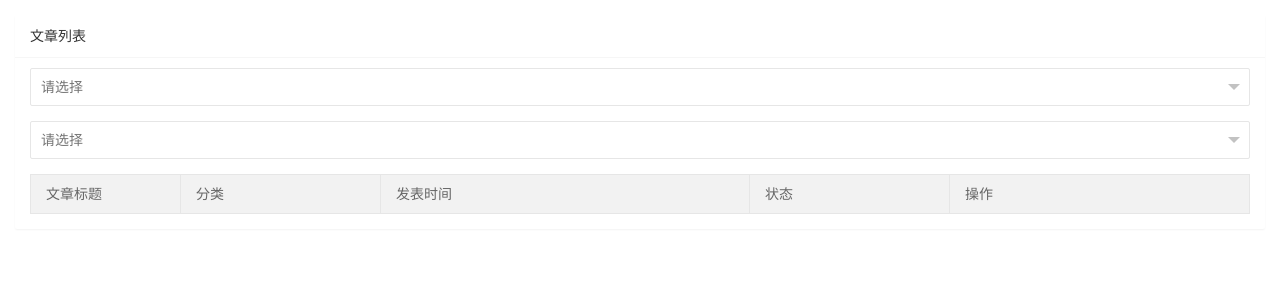
Repository: xxsleep/-
Page: home/article/art_list.html
These files come from the project's save history. The page is drawn as it stood at one moment and after the next save; the edit follows.
The browser window is 1280 px wide. The pictures show the whole page.
The page's requests for data from a server got no answer.

Above is the page before, as saved 2020-11-28 10:11:10.
Console error: TypeError: Cannot read properties of undefined (reading 'status')

### home/article/art_list.html
<!DOCTYPE html>
<html lang="en">

<head>
    <meta charset="UTF-8">
    <meta name="viewport" content="width=device-width, initial-scale=1.0">
    <title>Document</title>
    <link rel="stylesheet" href="/assets/lib/layui/css/layui.css">
    <link rel="stylesheet" href="/assets/css/article/art_list.css">
</head>

<body>
    <div class="layui-card">
        <div class="layui-card-header">文章列表</div>
        <div class="layui-card-body">
            <form class="layui-form" action="">
                <div class="layui-form-item">
                    <select name="city" lay-verify="required">
                        <option value=""></option>
                        <option value="0">北京</option>
                        <option value="1">上海</option>
                        <option value="2">广州</option>
                        <option value="3">深圳</option>
                        <option value="4">杭州</option>
                    </select>
                </div>
                <div class="layui-form-item">
                    <select name="city" lay-verify="required">
                        <option value=""></option>
                        <option value="0">北京</option>
                        <option value="1">上海</option>
                        <option value="2">广州</option>
                        <option value="3">深圳</option>
                        <option value="4">杭州</option>
                    </select>
                </div>
            </form>
            <table class="layui-table">
                <colgroup>
                    <col width="150">
                    <col width="200">
                    <col>
                    <col width="200">
                    <col width="300">
                </colgroup>
                <thead>
                    <tr>
                        <th>文章标题</th>
                        <th>分类</th>
                        <th>发表时间</th>
                        <th>状态</th>
                        <th>操作</th>
                    </tr>
                </thead>
                <tbody>
                    <!-- <tr>
                        <td>贤心</td>
                        <td>2016-11-29</td>
                        <td>人生就像是一场修行</td>
                        <td>人生就像是一场修行</td>
                        <td></td>
                    </tr> -->

                </tbody>
            </table>
        </div>
    </div>

    <script type="text/html" id="trTpl">
        {{each data v i}}
        <tr>
            <td>{{v.title}}</td>
            <td>{{v.cate_name}}</td>
            <td>{{v.pub_date}}</td>
            <td>{{v.state}}</td>
            <td>
                <button type="button" class="layui-btn layui-btn-xs">编辑</button>
                <button type="button" class="layui-btn layui-btn-danger layui-btn-xs">删除</button>
            </td>
        </tr>
        {{/each}}
    </script>

    <script src="/assets/lib/jquery.js"></script>
    <script src="/assets/lib/layui/layui.all.js"></script>
    <script src="/assets/lib/template-web.js"></script>
    <script src="/assets/js/ajaxBase.js"></script>
    <script src="/assets/js/article/art_list.js"></script>
</body>

</html>

### assets/css/article/art_list.css
* {
    margin: 0;
    padding: 0;
}

body {
    padding: 15px;
}

### assets/js/ajaxBase.js
$.ajaxPrefilter(function (options) {
    options.url = "http://ajax.frontend.itheima.net" + options.url;

    if (options.url.indexOf("/my/") !== -1) {
        options.headers = {
            Authorization: localStorage.getItem("token"),
        };
    }

    options.complete = function (xhr) {
        if (xhr.responseJSON.status === 1 && xhr.responseJSON.message === '身份认证失败') {
            localStorage.removeItem('token')
            location.href = '/home/login.html'
        }
    }





});

### assets/js/article/art_list.js
$(function () {
    let form = layui.form
    let layer = layui.layer

    // getList()
    let query = {
        pagenum: 1, // 页码值, 默认加载第一页的数据
        pagesize: 2, // 每页显示多少条数据
        cate_id: "", // 文章分类的 Id
        state: "", // 文章的状态，可选值有：已发布、草稿
    };

    // function getList() {
    $.ajax({
        url: '/my/article/list',
        data: query,
        success: function (res) {
            console.log(res);
            console.log(template('trTpl', res));
            $('tbody').html(template('trTpl', res))
        }
    })
    // }

})

Loaded but not shown: assets/lib/layui/css/layui.css (library); assets/lib/jquery.js (library); assets/lib/layui/layui.all.js (library); assets/lib/template-web.js (library); assets/lib/layui/css/modules/laydate/default/laydate.css (library); assets/lib/layui/css/modules/layer/default/layer.css (library); assets/lib/layui/css/modules/code.css (common file)

After the next save:
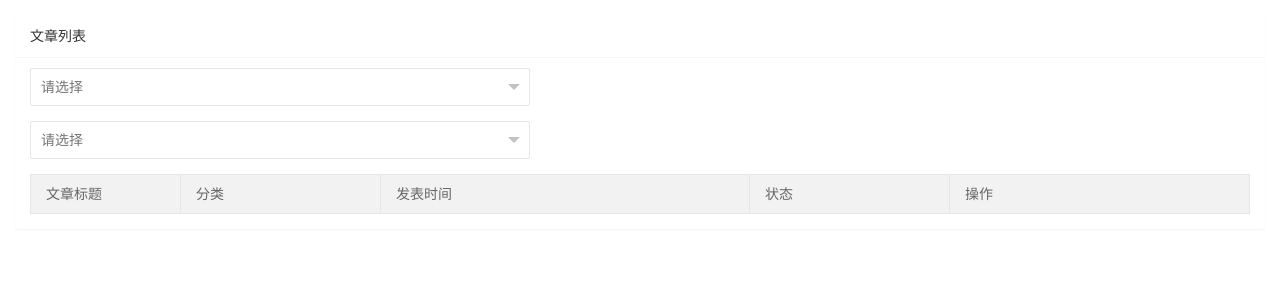
Saved 2 min 50 s later.
--- a/assets/css/article/art_list.css
+++ b/assets/css/article/art_list.css
@@ -6,3 +6,7 @@
 body {
     padding: 15px;
 }
+
+.layui-form-item {
+    width: 500px;
+}
